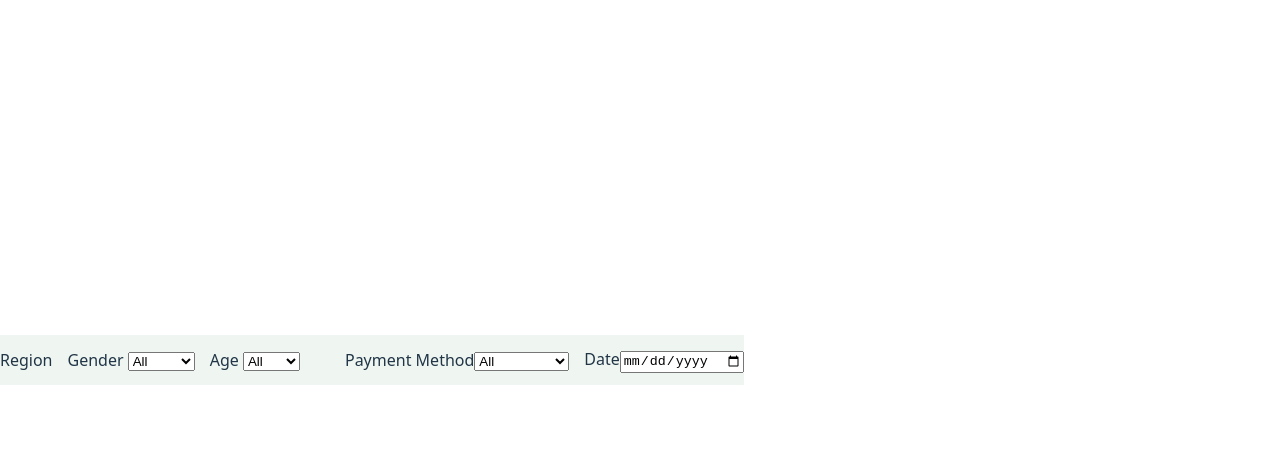
Repository: SandeepYadav18717/TruEstae
Page: / (app in TruEstae/)
The author's editor kept a copy of each file at every save. The page is drawn from the files as they stood at one save, then again after the next save.
The browser window is 1280 px wide. The pictures show the whole page.
The project was rebuilt for these pictures with package versions that can differ from the ones it lists, and the page was loaded fresh each time. Also part of the build but not shown: TruEstae/vite.config.js, TruEstae/src/App.css, TruEstae/src/Styles/Logo.css, TruEstae/src/Pages/Logo.jsx, TruEstae/src/Styles/search_bar.css, TruEstae/src/components/search_bar.jsx.

Above is the page before, as saved 2025-12-06 21:28:37.

### TruEstae/index.html
<!doctype html>
<html lang="en">
  <head>
    <meta charset="UTF-8" />
    <link rel="icon" type="image/svg+xml" href="/vite.svg" />
    <meta name="viewport" content="width=device-width, initial-scale=1.0" />
    <title>javascript</title>
  </head>
  <body>
    <div id="root"></div>
    <script type="module" src="/src/main.jsx"></script>
  </body>
</html>

### TruEstae/src/App.jsx
import { useState } from 'react'
import reactLogo from './assets/react.svg'
import viteLogo from '/vite.svg'
import './App.css'

import Logo from './Pages/Logo.jsx'
import SearchBar from './components/search_bar.jsx'
import Home from './Pages/Home.jsx'

function App() {
  return (
    <>


     <Home />
    </>
  )
}

export default App

### TruEstae/src/Pages/Home.jsx
import Logo from './Logo.jsx';
import SearchBar from '../components/search_bar.jsx'
import '../Styles/Home.css';
function Home() {
  return (
    <>
    <div className="Container_Ui">
        <div id ="Customer_Region">
             <label>Region </label>
        </div>


        <div id ="Gender">
            <label>Gender </label>
               <select>
            <option>All</option>
            <option>Male</option>
            <option>Female</option>
            <option>Other</option>
          </select>
        </div>


        <div id ="Age">
            <label>Age </label>
             <select>
            <option>All</option>
            <option>18-25</option>
            <option>26-35</option>
            <option>36-50</option>
            <option>50+</option>
          </select>
        </div>
        <div id ="Product_Category"></div>
        <div id ="Tags"></div>



        <div id ="Payment_Method">
            <label>Payment Method</label>
          <select>
            <option>All</option>
            <option>Cash</option>
            <option>Card</option>
            <option>UPI</option>
            <option>Net Banking</option>
          </select>
        </div>


        <div id ="Date">
            <label>Date</label>
          <input type="date" />

        </div>
    </div>
    </>
    )
    }
    export default Home;

### TruEstae/src/Styles/Home.css
.Container_Ui {
  display: flex;
  gap:15px;
  flex-direction: Row;
  align-items: center;
  justify-content: center;
  height: 100vh;
  background-color: #eff6f1;
  height:50px;
  width: 100%;
}

Loaded but not shown: TruEstae/src/main.jsx (common file); TruEstae/src/index.css (common file)

After the next save:
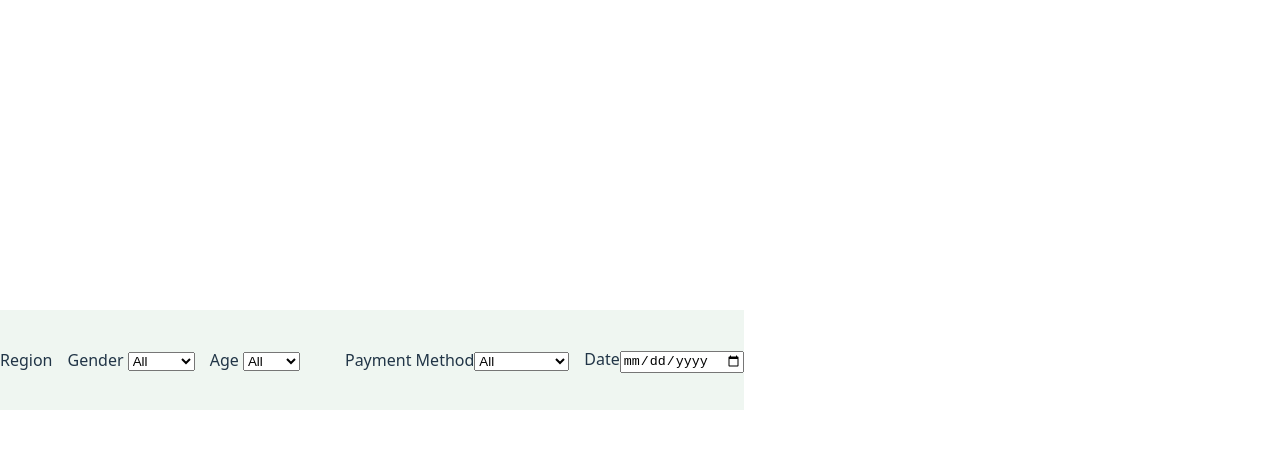
Saved 23 s later.
--- a/TruEstae/src/Styles/Home.css
+++ b/TruEstae/src/Styles/Home.css
@@ -6,6 +6,6 @@
   justify-content: center;
   height: 100vh;
   background-color: #eff6f1;
-  height:50px;
+  height:100px;
   width: 100%;
 }
